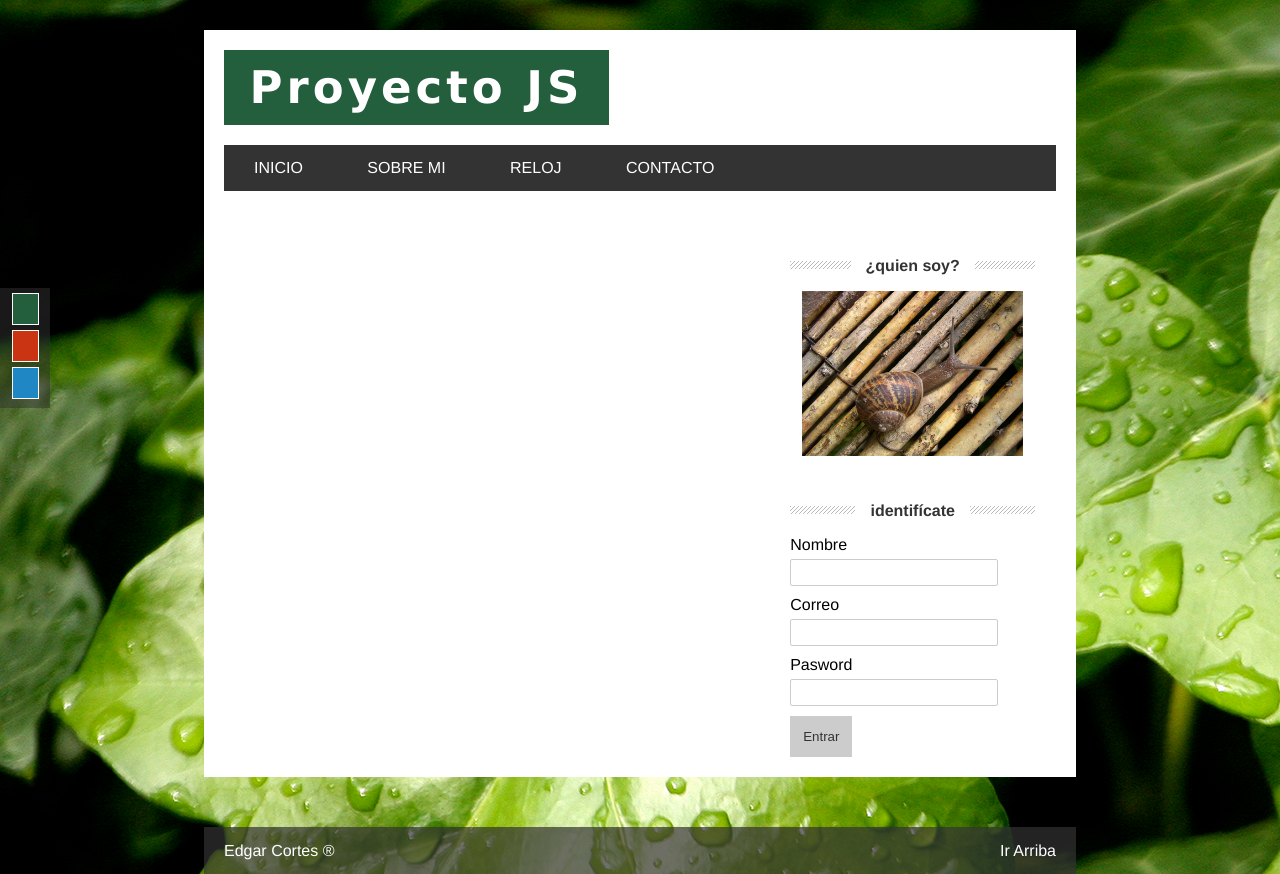
Repository: eucortes/demopage
Page: javascript/Proyecto/contacto.html
These files come from the project's save history. The page is drawn as it stood at one moment and after the next save; the edit follows.
The browser window is 1280 px wide. The pictures show the whole page.
Backgrounds fixed to the window are drawn as part of the page. Some web libraries are served in a nearby version.

Above is the page before, as saved 2019-09-30 16:55:58.

### javascript/Proyecto/contacto.html
<!DOCTYPE html>
<html lang="es">

<head>
    <meta charset="UTF-8">
    <meta name="viewport" content="width=device-width, initial-scale=1.0">
    <meta http-equiv="X-UA-Compatible" content="ie=edge">
    <!--
    <meta charset="ISO-8859-1">
         <meta http-equiv="Content-Type" content="text/html;charset=UTF-8" />
        <meta http-equiv="Content-Language" content="es" />
  -->

    <title>Proyecto con Javascript</title>
    <!--Estilos CSS-->
    <link rel="stylesheet" href="css/styles.css">
    <link rel="stylesheet" href="css/styles-about.css">
    <link id="theme" rel="stylesheet" href="css/green.css">
    <!--JQuery-->
    <script src="https://ajax.googleapis.com/ajax/libs/jquery/3.1.1/jquery.min.js"></script>

    <!--JQuery UI-->
    <link rel="stylesheet" href="js/jquery-ui/jquery-ui.min.css" />
    <link rel="stylesheet" href="js/jquery-ui/jquery-ui.structure.min.css" />
    <link rel="stylesheet" href="js/jquery-ui/jquery-ui.theme.min.css" />

    <script type="text/javascript" src="js/jquery-ui/jquery-ui.min.js"></script>




    <!--Mis Scripts-->
    <script type="text/javascript" src="js/global.js"></script>
    <script type="text/javascript" src="js/about.js"></script>
</head>

<body>
    <div id='theme-selector'>
        <div id='to-green'></div>
        <div id='to-red'></div>
        <div id='to-blue'></div>
    </div>
    <section id='global'>
        <header>
            <div id='logo'>
                <h1>Proyecto JS</h1>
            </div>
            <div class='clearfix'></div>
            <nav id='menu'>
                <ul>
                    <li><a href="index.html">Inicio</a></li>
                    <li><a href="about.html">Sobre Mi</a></li>
                    <li><a href="reloj.html">Reloj</a></li>
                    <li><a href="contacto.html">Contacto</a></li>
                </ul>
            </nav>
        </header>
        <!--
    slider
-->

        <section id='content'>
            <div id='box'>
                <!--contacto-->

            </div>
            <aside id='sidebar'>
                <div id='about'>
                    <h4><span>¿quien soy?</span></h4>
                    <img src="img/caracol.jpg" />
                    <p>Aliquam sem et tortor consequat id porta nibh venenatis. Neque volutpat ac tincidunt vitae
                        semper
                    </p>
                </div>
                <div id='login'>
                    <h4><span>identifícate</span></h4>
                    <form action="">
                        <label for='name'>Nombre</label>
                        <br>
                        <input type="text" name="name" id='form_name'>
                        <br>
                        <label for='email'>Correo</label>
                        <br>
                        <input type="text" name="email" id='form_email'>
                        <br>
                        <label for='password'>Pasword</label>
                        <br>
                        <input type="password" name="password" id='form_password'>
                        <br>
                        <input type="submit" value="Entrar" id='boton_entrar'>
                    </form>
                </div>
            </aside>
            <div class='clearfix'></div>
        </section>
    </section>
    <footer>
        Edgar Cortes ®
        <a href="#" class="subir">Ir Arriba</a>
    </footer>
</body>

</html>

### javascript/Proyecto/css/styles.css
* {
    margin: 0px;
    padding: 0px;
    list-style: none;
}

body {
    background: url('../img/hojas.jpg');
    background-attachment: fixed;
}

#global {
    width: 65%;
    margin: 0px auto;
    margin-top: 30px;
    padding: 20px;
    background: white;
    box-shadow: 0px, 0px, 2px, gray
}

h2{
    font-size: 30;
    color: #333;
        font-family: Helvetica, Arial, sans-serif

}
#logo {
    font-family: "Verdana", "Arial";
    font-size: 30px;
    letter-spacing: 4px;
    line-height: 75px;
    background: #235e3d;
    color: white;
    text-align: center;
    width: 385px;
    height: 90;
    float: left;
    margin-bottom: 20px;
}

.clearfix {
    float: none;
    clear: both;
}

#menu {
    font-family: Helvetica, Arial, sans-serif;
    background: #333;
    text-transform: uppercase;
    margin-bottom: 20px;
}

#menu ul {
    line-height: 46px;
    list-style: none;
}

#menu ul li {
    height: 46px;
    display: inline-block;
    transition: all 300ms;
}

#menu ul li:hover {
    background: #235e3d;

}

#menu a {
    display: block;
    color: white;
    text-decoration: none;
    padding-left: 30px;
    padding-right: 30px;
}

#content {
    width: 95%;
    margin: 0px auto;
}

#posts {
    width: 60%;
    float: left;
    font-family: Helvetica, Arial, sans-serif
}

.post {
    padding: 7px;
}

.post h2 {
    font-size: 30;
    color: #333;

}

.post .fecha {
    display: block;
    color: gray;
    margin-top: 5px;
}

.post p {
    margin-top: 10px;
    margin-bottom: 20px;
    line-height: 22px;
    text-align: justify;
}

.button-more {
    font-size: 14px;
    text-align: center;
    display: block;
    padding: 15px;
    background: #235e3d;
    color: white;
    text-decoration: none;
    margin-top: 10px;
    width: 75px;
    margin-bottom: 20px;

}

#sidebar {
    font-family: Helvetica, Arial, sans-serif;
    width: 31%;
    float: right;

}

#sidebar h4 {
    margin-top: 50px;
    margin-bottom: 20px;
    text-align: center;
    line-height: 10px;
    color: #333;
    background: url("../img/lines.png") repeat-x;
}

#sidebar h4 span {
    background: white;
    padding: 15px;
}

#sidebar img {
    width: 90%;
    display: block;
    margin-left: auto;
    margin-right: auto;
}

#sidebar p {
    font-size: 15px;
    text-align: justify;
}
form input[type='text'],
form input[type='password'],
form input[type='email']{
    padding: 5px;
    border-radius: 2px;
    border: 1px solid #ccc;
    width: 80%;
    margin-bottom: 10px;
    margin-top: 5px;
}
form input[type='submit']{
    background: #ccc;
    padding: 10px;
    border: solid #ccc;
    color: #333;
    cursor: pointer;
}
footer{
    font-family: Helvetica, Arial, sans-serif;
    color: white;
    height: 47px;
    background: rgba(51,51,51,0.70);
    margin: 0px auto;
    width: 65%;
    padding-left: 20px;
    padding-right: 20px;
    margin-top: 50px;
    line-height: 47px;
}
.bx-wrapper, .bx-viewport{
    height: 250px !important;

}
#theme-selector{
    position: fixed;
    top:40%;
    background: rgba(51,51,51,0.5);
    width:50px;
    height: 120px;
}
#to-green,
#to-red,
#to-blue{
    width: 25px;
    height: 30px;
    border: 1px solid white;
    display: block;
   margin: 0px auto;
   margin-top: 5px;
   margin-bottom: 5px;
   cursor: pointer;
}
#to-green{
    background: #235e3d;
}
#to-red{
    background: #ca3413;
}#to-blue{
    background: #1f87c4;
}
.subir{
    color: white;
    text-decoration: none;
    display: block;
    float: right;

}

#box{
    width: 60%;
    float: left;
    margin-top: 40px;
}

### javascript/Proyecto/css/styles-about.css

#acordeon{
    margin-top: 20px;
}

### javascript/Proyecto/css/green.css
body {
    background: url('../img/hojas.jpg');
    background-attachment: fixed;
}

#logo {
    background: #235e3d;
}
#menu ul li:hover {
    background: #235e3d;
}

.button-more {
    background: #235e3d;
}

### javascript/Proyecto/js/global.js
$(document).ready(function () {

    //selector de tema
    let theme = $("#theme")

    $("#to-green").click(function () {
        theme.attr("href", "css/green.css")
    })
    $("#to-blue").click(function () {
        theme.attr("href", "css/blue.css")
    })
    $("#to-red").click(function () {
        theme.attr("href", "css/red.css")
    })

    //scroll arriba
    $(".subir").click(function (e) {
        e.preventDefault();
        $("html, body").animate({
            scrollTop: 0
        }, 500);
        return false;
    });

    //login false
    $("#login form").submit(function (e) {
        ///  $("boton_entrar").click(function(e){
        //     e.preventDefault()
        let form_name = $("#form_name").val();
        localStorage.setItem("form_name", form_name)
        //    console.log(form_name)

    })


    function ActualizaLogin() {
        let form_name = localStorage.getItem("form_name")
        if (form_name != null && form_name != undefined) {
            let about_parrafo = $("#about p")
            about_parrafo.html("<br><strong>Bienvenido " + form_name + "</strong><br>");
            about_parrafo.append("<a href='#' id='logout'>Cerrar Sesión</a>")
            $("#login").hide()
        } else {
            let about_parrafo = $("#about p")
            about_parrafo.html("");
            $("#login").show()

        }
    }
    ActualizaLogin()

    $("#logout").click(function (e) {
        e.preventDefault();
        localStorage.removeItem("form_name")
        //  location.reload
        ActualizaLogin()
        return false;
    })
})

### javascript/Proyecto/js/about.js
$(document).ready(function () {

    $("#acordeon").accordion()


})

Loaded but not shown: javascript/Proyecto/js/jquery-ui/jquery-ui.min.css (library); javascript/Proyecto/js/jquery-ui/jquery-ui.structure.min.css (library); javascript/Proyecto/js/jquery-ui/jquery-ui.theme.min.css (library); javascript/Proyecto/js/jquery-ui/jquery-ui.min.js (library)

After the next save:
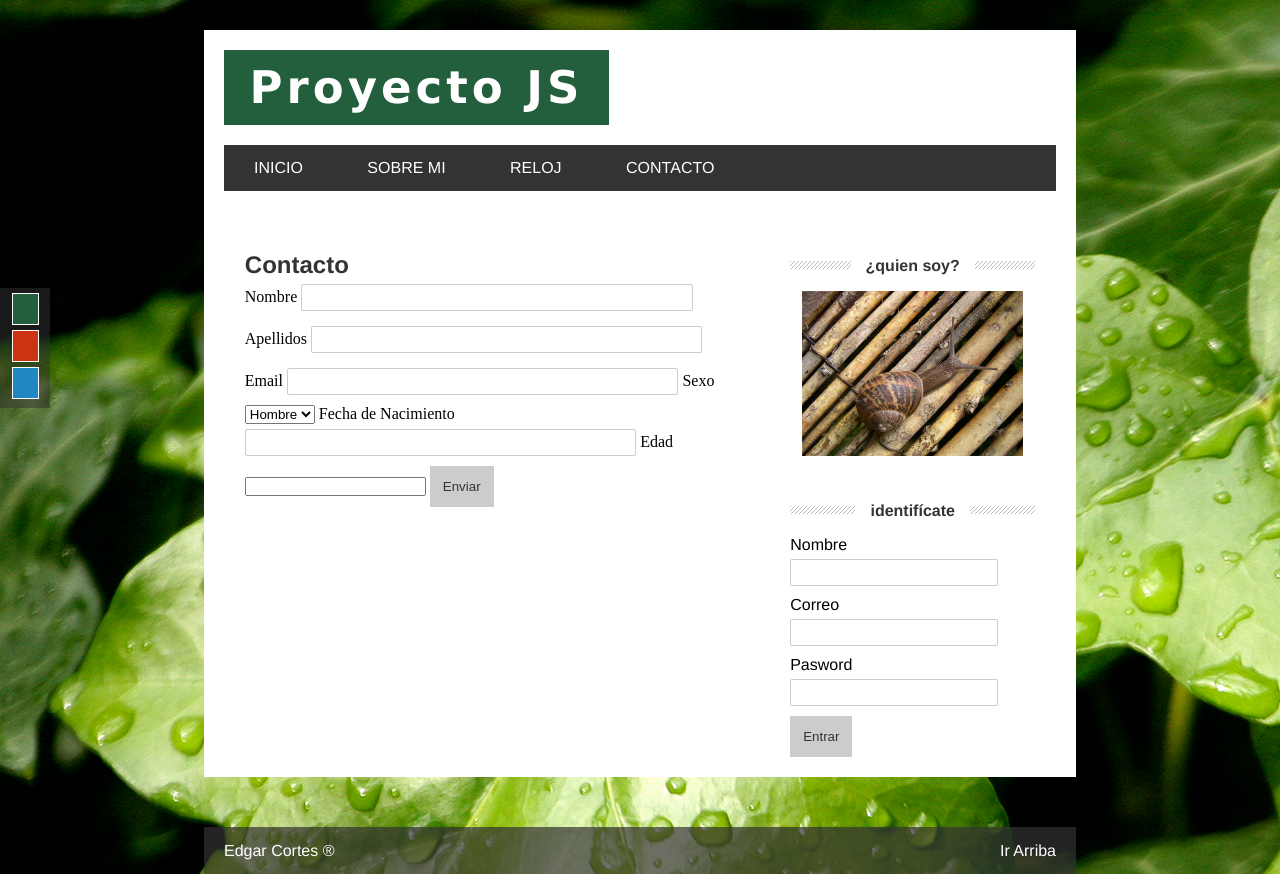
Saved 9 min 11 s later.
--- a/javascript/Proyecto/contacto.html
+++ b/javascript/Proyecto/contacto.html
@@ -62,7 +62,26 @@
         <section id='content'>
             <div id='box'>
                 <!--contacto-->
+                <h2>Contacto</h2>
+                <form action="">
+                    <label for="name">Nombre</label>
+                    <input type="text" name="name" id="">
+                    <label for="surname">Apellidos</label>
+                    <input type="text" name="surname" id="">
+                    <label for="email">Email</label>
+                    <input type="email" name="email" id="">
+                    <label for="sex">Sexo</label>
+                    <select name="sex" id="">
+                        <option value="man">Hombre</option>
+                        <option value="woman">Mujer</option>
+                    </select>
+                    <label for="date">Fecha de Nacimiento</label>
+                    <input type="text" name="date" id="">
+                    <label for="edad">Edad</label>
+                    <input type="number" name="edad" id="">
+                    <input type="submit" value="Enviar">
 
+                </form>
             </div>
             <aside id='sidebar'>
                 <div id='about'>
